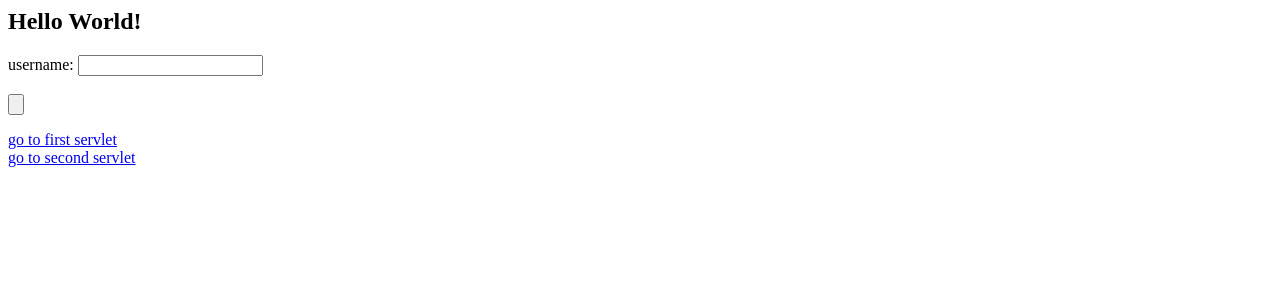
Repository: adit22747/java
Page: http://localhost/web-example/
An editor plug-in stored every save of this project. The page is shown before and after the next save, followed by the edit.
The browser window is 1280 px wide. The pictures show the whole page.
The page is served by Tomcat 9.

Above is the page before, as saved 2021-02-01 06:41:15.

After the next save:
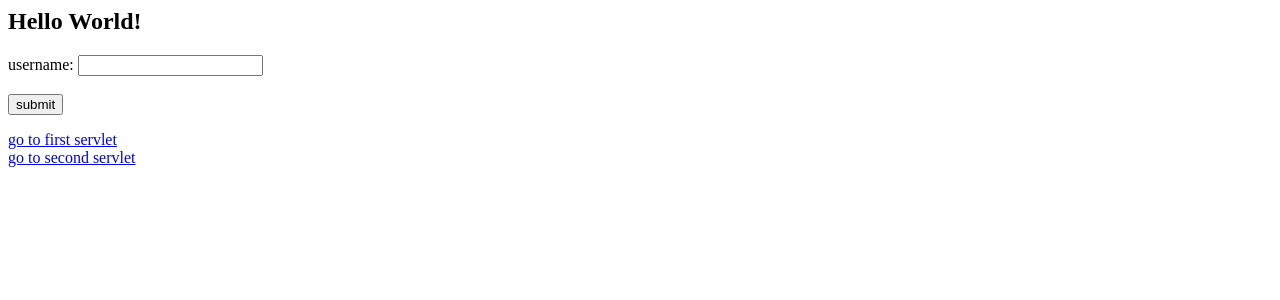
Saved 12 s later.
--- a/advance_java/programs/web-example/src/main/webapp/index.jsp
+++ b/advance_java/programs/web-example/src/main/webapp/index.jsp
@@ -10,7 +10,7 @@
 	<form action="First">
 		username: <input type="text" name="username">
 		<br><br>
-		<input type="button">
+		<input type="button" name="submit" value="submit">
 	</form>
 
 	<a href="First">go to first servlet</a>
